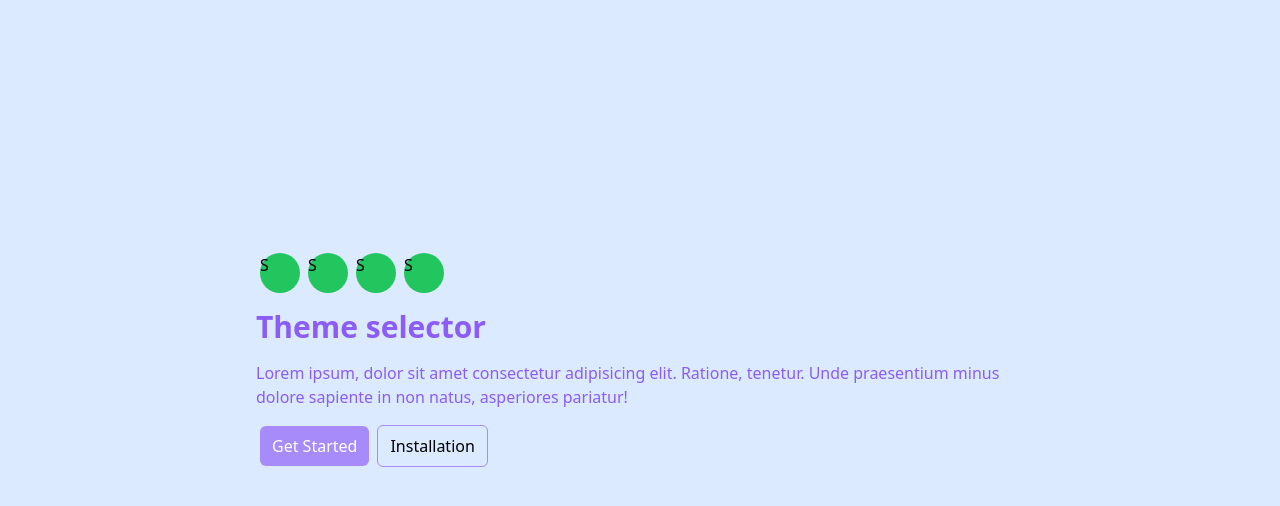
Repository: prince-bansal/tailwind-theme-switcher
Page: /
The author's editor kept a copy of each file at every save. The page is drawn from the files as they stood at one save, then again after the next save.
The browser window is 1280 px wide. The pictures show the whole page.
The project was rebuilt for these pictures with package versions that can differ from the ones it lists, and the page was loaded fresh each time. Also part of the build but not shown: vite.config.ts, src/index.css.

Above is the page before, as saved 2024-03-17 19:57:21.

After the next save:
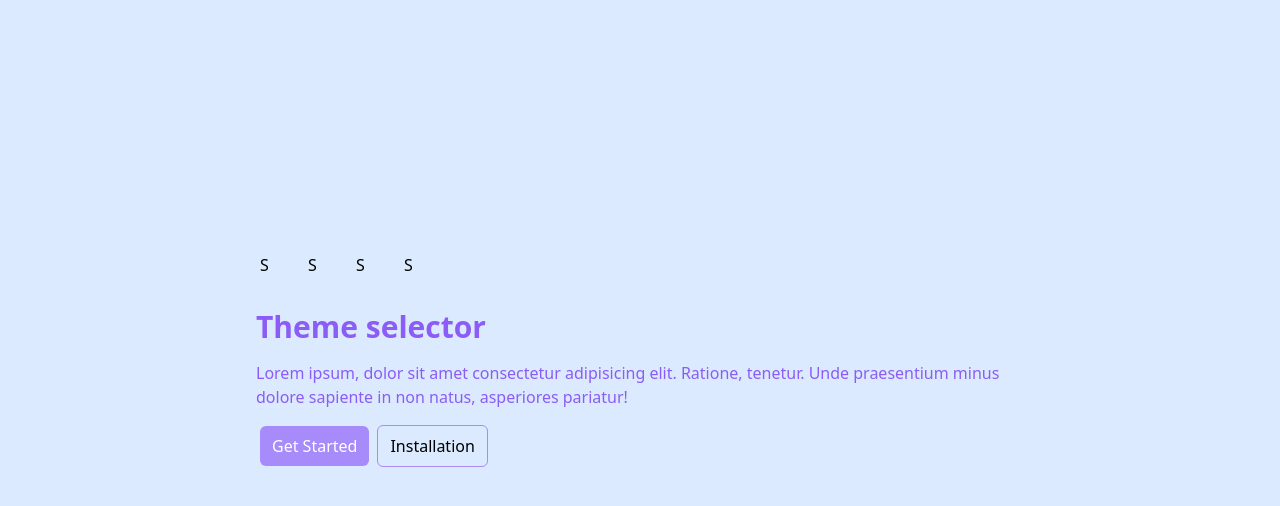
Saved 7 s later.
--- a/src/App.tsx
+++ b/src/App.tsx
@@ -20,7 +20,7 @@ function App() {
               }}
               className={`cursor-pointer h-10 rounded-full w-10 ${getClass(
                 color
-              )} bg-green-500 mx-1`}
+              )} mx-1`}
             >
               S
             </div>
